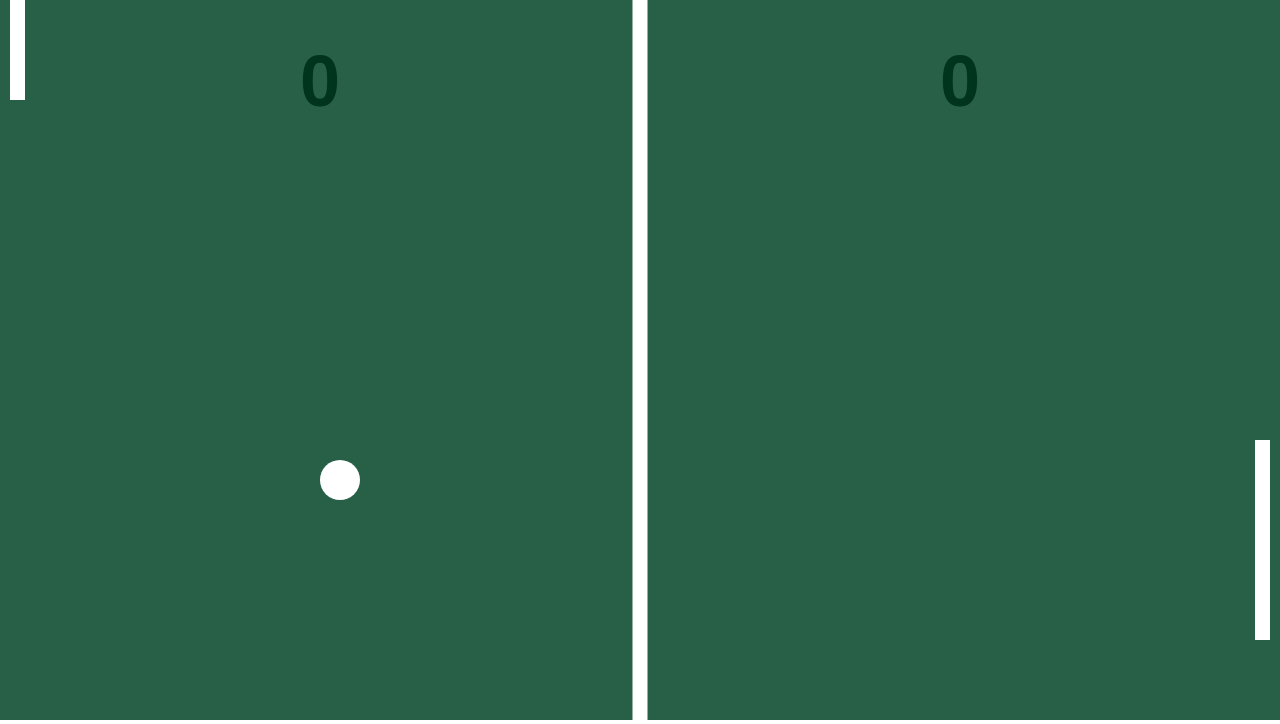
Repository: carlosrobertofigueiredo/Projeto-Ping-Pong
Page: index.html
These files come from the project's save history. The page is drawn as it stood at one moment and after the next save; the edit follows.
The browser window is 1280 px wide. The pictures show the whole page.

Above is the page before, as saved 2023-05-01 19:07:28.

After the next save:
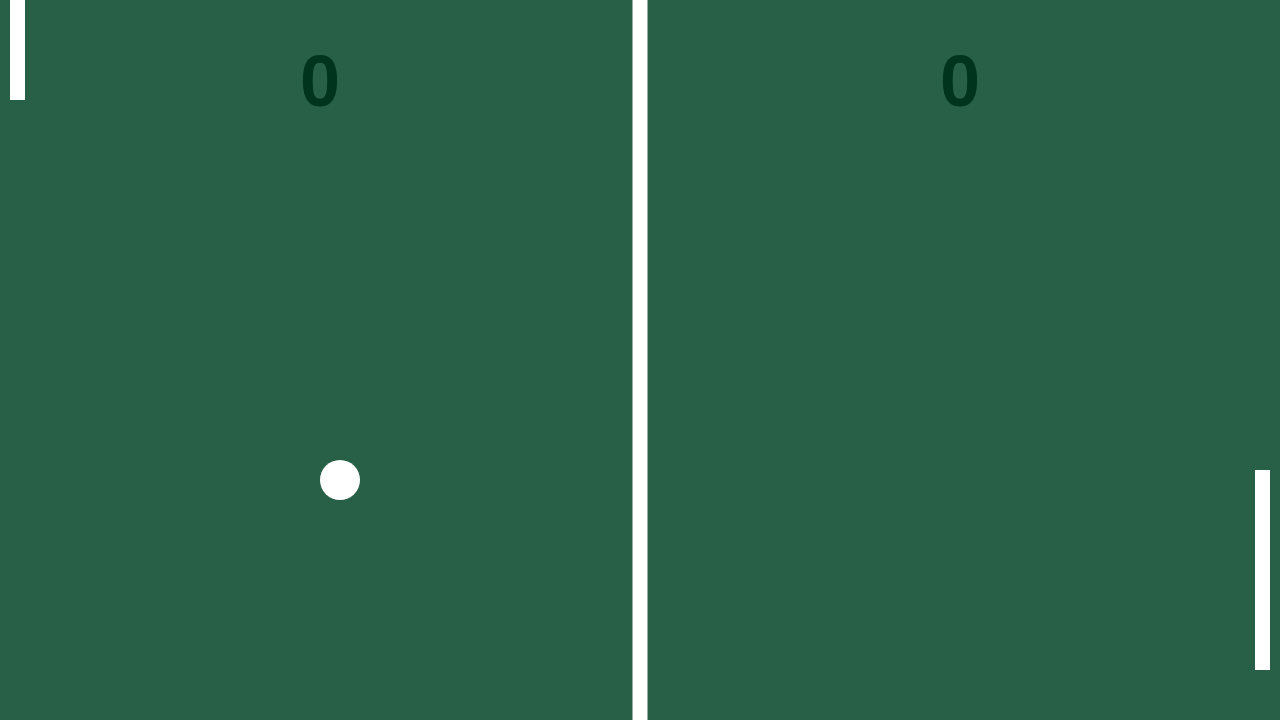
Saved 33 s later.
--- a/index.html
+++ b/index.html
@@ -76,7 +76,7 @@
         h: 200,
         speed: 5,
         _move: function () {
-          if (this.y + this.h / 4 < ball.y + ball.r) {
+          if (this.y + this.h / 8 < ball.y + ball.r) {
             this.y += this.speed
           } else {
             this.y -= this.speed
